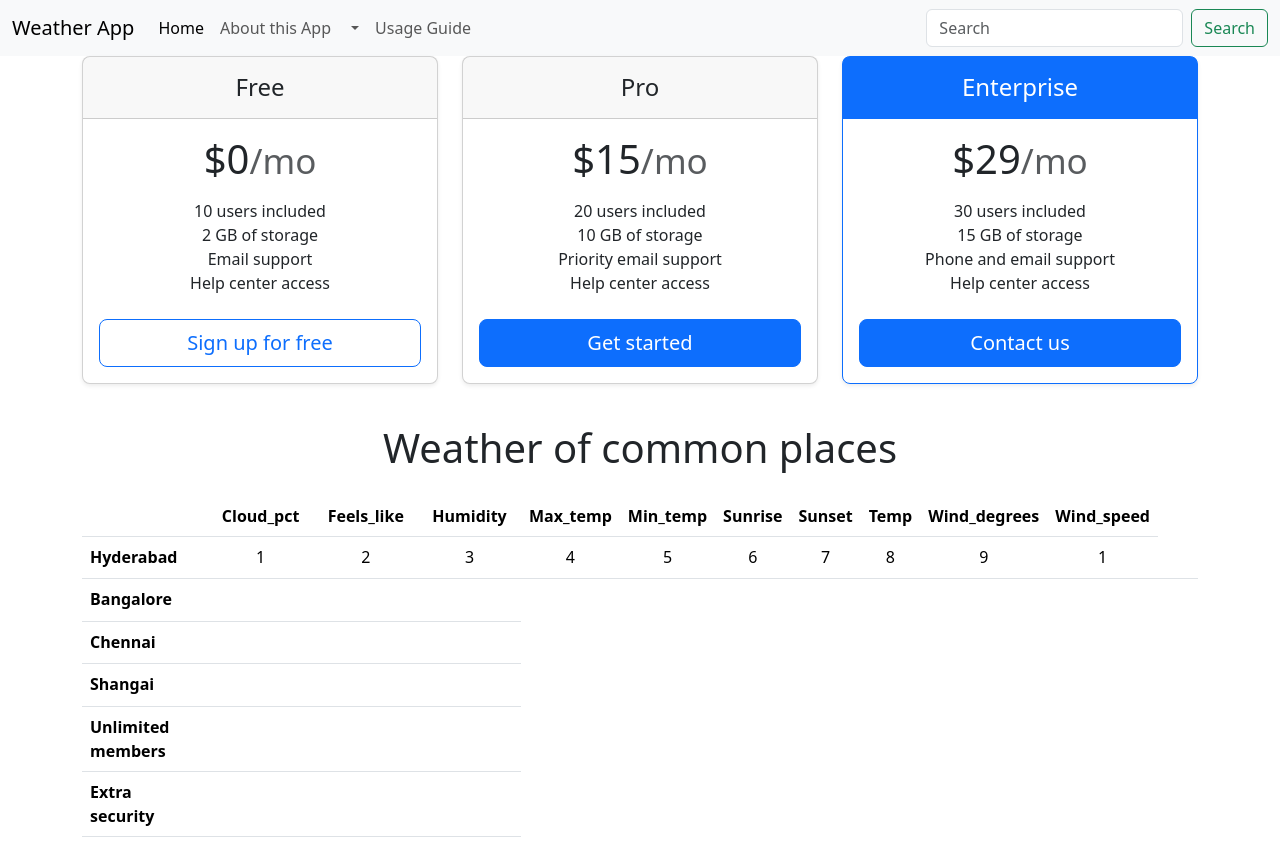
Repository: Abhilash2909/weather
Page: index.html
An editor plug-in stored every save of this project. The page is shown before and after the next save, followed by the edit.
The browser window is 1280 px wide. The pictures show the whole page.
The page's requests for data from a server got no answer.

Above is the page before, as saved 2024-02-11 10:39:39.

### index.html
<!doctype html>
<html lang="en">
  <head>
    <meta charset="utf-8">
    <meta name="viewport" content="width=device-width, initial-scale=1">
    <title>My Weather App</title>
    <link href="https://cdn.jsdelivr.net/npm/bootstrap@5.3.2/dist/css/bootstrap.min.css" rel="stylesheet" integrity="sha384-T3c6CoIi6uLrA9TneNEoa7RxnatzjcDSCmG1MXxSR1GAsXEV/Dwwykc2MPK8M2HN" crossorigin="anonymous">
  </head>
  <body>
    <nav class="navbar navbar-expand-lg bg-body-tertiary">
        <div class="container-fluid">
          <a class="navbar-brand" href="#">Weather App</a>
          <button class="navbar-toggler" type="button" data-bs-toggle="collapse" data-bs-target="#navbarSupportedContent" aria-controls="navbarSupportedContent" aria-expanded="false" aria-label="Toggle navigation">
            <span class="navbar-toggler-icon"></span>
          </button>
          <div class="collapse navbar-collapse" id="navbarSupportedContent">
            <ul class="navbar-nav me-auto mb-2 mb-lg-0">
              <li class="nav-item">
                <a class="nav-link active" aria-current="page" href="#">Home</a>
              </li>
              <li class="nav-item">
                <a class="nav-link" href="#">About this App</a>
              </li>
              <li class="nav-item dropdown">
                <a class="nav-link dropdown-toggle" href="#" role="button" data-bs-toggle="dropdown" aria-expanded="false">
                </a>
                <ul class="dropdown-menu">
                  <li><a class="dropdown-item" href="#">Delhi</a></li>
                  <li><a class="dropdown-item" href="#">Seattle</a></li>
                  <li><hr class="dropdown-divider"></li>
                  <li><a class="dropdown-item" href="#">Bangalore</a></li>
                </ul>
              </li>
              <li class="nav-item">
                <a class="nav-link" aria-disabled="true">Usage Guide</a>
              </li>
            </ul>
            <form class="d-flex" role="search">
              <input class="form-control me-2" type="search" placeholder="Search" aria-label="Search">
              <button class="btn btn-outline-success" type="submit">Search</button>
            </form>
          </div>
        </div>
      </nav>

      <div class="container"><main>
        <div class="row row-cols-1 row-cols-md-3 mb-3 text-center">
          <div class="col">
            <div class="card mb-4 rounded-3 shadow-sm">
              <div class="card-header py-3">
                <h4 class="my-0 fw-normal">Free</h4>
              </div>
              <div class="card-body">
                <h1 class="card-title pricing-card-title">$0<small class="text-body-secondary fw-light">/mo</small></h1>
                <ul class="list-unstyled mt-3 mb-4">
                  <li>10 users included</li>
                  <li>2 GB of storage</li>
                  <li>Email support</li>
                  <li>Help center access</li>
                </ul>
                <button type="button" class="w-100 btn btn-lg btn-outline-primary">Sign up for free</button>
              </div>
            </div>
          </div>
          <div class="col">
            <div class="card mb-4 rounded-3 shadow-sm">
              <div class="card-header py-3">
                <h4 class="my-0 fw-normal">Pro</h4>
              </div>
              <div class="card-body">
                <h1 class="card-title pricing-card-title">$15<small class="text-body-secondary fw-light">/mo</small></h1>
                <ul class="list-unstyled mt-3 mb-4">
                  <li>20 users included</li>
                  <li>10 GB of storage</li>
                  <li>Priority email support</li>
                  <li>Help center access</li>
                </ul>
                <button type="button" class="w-100 btn btn-lg btn-primary">Get started</button>
              </div>
            </div>
          </div>
          <div class="col">
            <div class="card mb-4 rounded-3 shadow-sm border-primary">
              <div class="card-header py-3 text-bg-primary border-primary">
                <h4 class="my-0 fw-normal">Enterprise</h4>
              </div>
              <div class="card-body">
                <h1 class="card-title pricing-card-title">$29<small class="text-body-secondary fw-light">/mo</small></h1>
                <ul class="list-unstyled mt-3 mb-4">
                  <li>30 users included</li>
                  <li>15 GB of storage</li>
                  <li>Phone and email support</li>
                  <li>Help center access</li>
                </ul>
                <button type="button" class="w-100 btn btn-lg btn-primary">Contact us</button>
              </div>
            </div>
          </div>
        </div>

        <h2 class="display-6 text-center mb-4">Weather of common places</h2>

        <div class="table-responsive">
          <table class="table text-center">
            <thead>
              <tr>
                <th style="width: 34%;">   </th>
                <th style="width: 22%;"> Cloud_pct </th>
                <th style="width: 22%;"> Feels_like </th>
                <th style="width: 22%;"> Humidity </th>
                <th style="width: 22%;"> Max_temp </th>
                <th style="width: 22%;"> Min_temp </th>
                <th style="width: 22%;"> Sunrise </th>
                <th style="width: 22%;"> Sunset </th>
                <th style="width: 22%;"> Temp </th>
                <th style="width: 22%;"> Wind_degrees </th>
                <th style="width: 22%;"> Wind_speed </th>
              </tr>
            </thead>
            <tbody>
              <tr>
                <th scope="row" class="text-start">Hyderabad</th>
                <td>1</td>
                <td>2</td>
                <td>3</td>
                <td>4</td>
                <td>5</td>
                <td>6</td>
                <td>7</td>
                <td>8</td>
                <td>9</td>
                <td>1</td>

                <td><svg class="bi" width="24" height="24"><use xlink:href="#check"></use></svg></td>
              </tr>
              <tr>
                <th scope="row" class="text-start">Bangalore</th>
                <td></td>
                <td><svg class="bi" width="24" height="24"><use xlink:href="#check"></use></svg></td>
                <td><svg class="bi" width="24" height="24"><use xlink:href="#check"></use></svg></td>
              </tr>
            </tbody>

            <tbody>
              <tr>
                <th scope="row" class="text-start">Chennai</th>
                <td><svg class="bi" width="24" height="24"><use xlink:href="#check"></use></svg></td>
                <td><svg class="bi" width="24" height="24"><use xlink:href="#check"></use></svg></td>
                <td><svg class="bi" width="24" height="24"><use xlink:href="#check"></use></svg></td>
              </tr>
              <tr>
                <th scope="row" class="text-start">Shangai</th>
                <td></td>
                <td><svg class="bi" width="24" height="24"><use xlink:href="#check"></use></svg></td>
                <td><svg class="bi" width="24" height="24"><use xlink:href="#check"></use></svg></td>
              </tr>
              <tr>
                <th scope="row" class="text-start">Unlimited members</th>
                <td></td>
                <td><svg class="bi" width="24" height="24"><use xlink:href="#check"></use></svg></td>
                <td><svg class="bi" width="24" height="24"><use xlink:href="#check"></use></svg></td>
              </tr>
              <tr>
                <th scope="row" class="text-start">Extra security</th>
                <td></td>
                <td></td>
                <td><svg class="bi" width="24" height="24"><use xlink:href="#check"></use></svg></td>
              </tr>
            </tbody>
          </table>
        </div>
      </main></div>
    <script src="https://cdn.jsdelivr.net/npm/bootstrap@5.3.2/dist/js/bootstrap.bundle.min.js" integrity="sha384-C6RzsynM9kWDrMNeT87bh95OGNyZPhcTNXj1NW7RuBCsyN/o0jlpcV8Qyq46cDfL" crossorigin="anonymous"></script>
    <script src="script.js"></script>
</body>
</html>

### script.js
// const options = {
// method: 'GET',
// headers: {
//         'X-RapidAPI-Key': 'b45e96323fmshf5e4bc50d3b8a90p1e091djsnfb21cde4eb87',
// '       X-RapidAPI-Host': 'weather-by-api-ninjas.p.rapidapi.com'
//     }
// };

// fetch('https://weather-by-api-ninjas.p.rapidapi.com/v1/weather?city=Seattle', options)
//     .then(response => response.json())
//     .then(response => console.log(response))
//     .catch(err => console.error(err));



const options = {
    method: 'GET',
    headers: {
      'X-RapidAPI-Key': 'b45e96323fmshf5e4bc50d3b8a90p1e091djsnfb21cde4eb87',
      'X-RapidAPI-Host': 'weather-by-api-ninjas.p.rapidapi.com'
    }
  };

  fetch('https://weather-by-api-ninjas.p.rapidapi.com/v1/weather?city=Seattle', options)
    .then(response => response.json())
    .then(data => console.log(data))
    .catch(error => console.error(error));

After the next save:
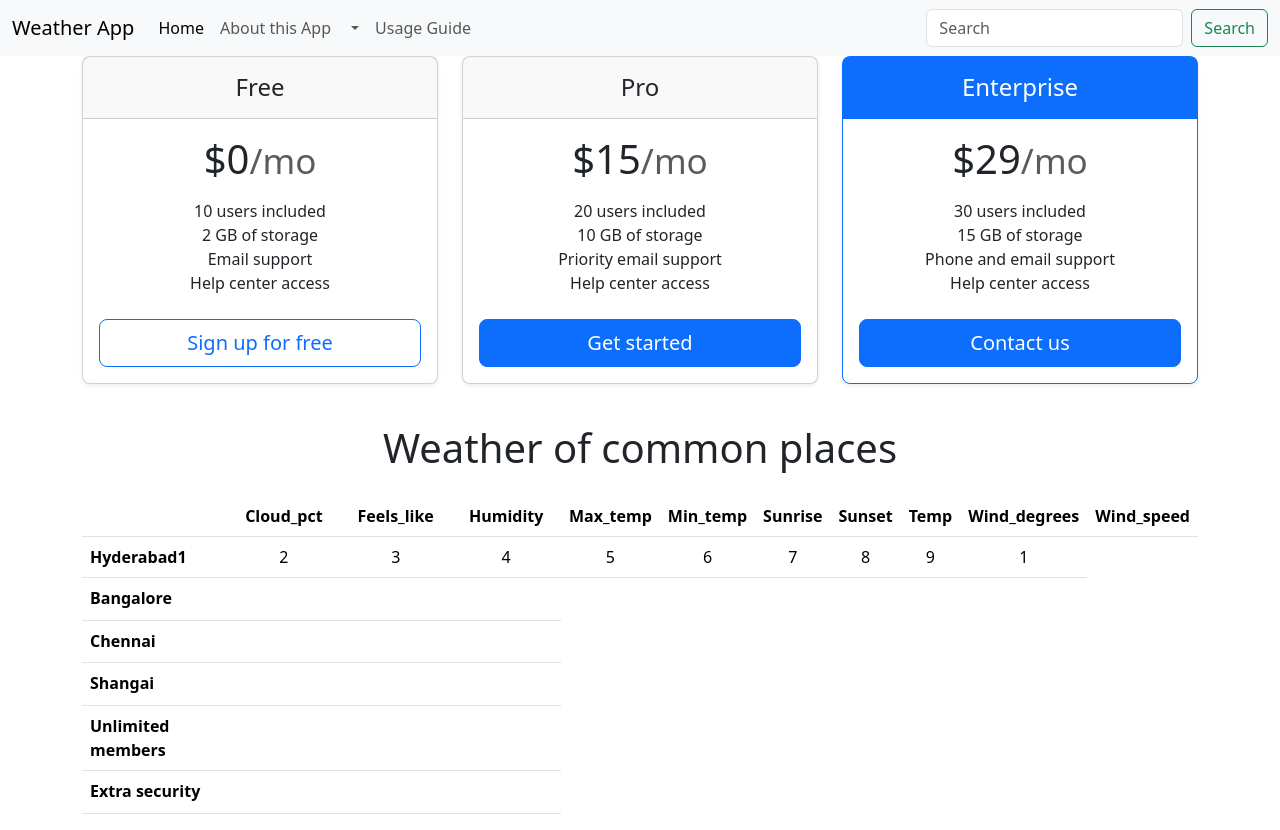
Saved 12 s later.
--- a/index.html
+++ b/index.html
@@ -119,7 +119,7 @@
             </thead>
             <tbody>
               <tr>
-                <th scope="row" class="text-start">Hyderabad</th>
+                <th scope="row" class="text-start">Hyderabad</
                 <td>1</td>
                 <td>2</td>
                 <td>3</td>
@@ -130,8 +130,6 @@
                 <td>8</td>
                 <td>9</td>
                 <td>1</td>
-
-                <td><svg class="bi" width="24" height="24"><use xlink:href="#check"></use></svg></td>
               </tr>
               <tr>
                 <th scope="row" class="text-start">Bangalore</th>
